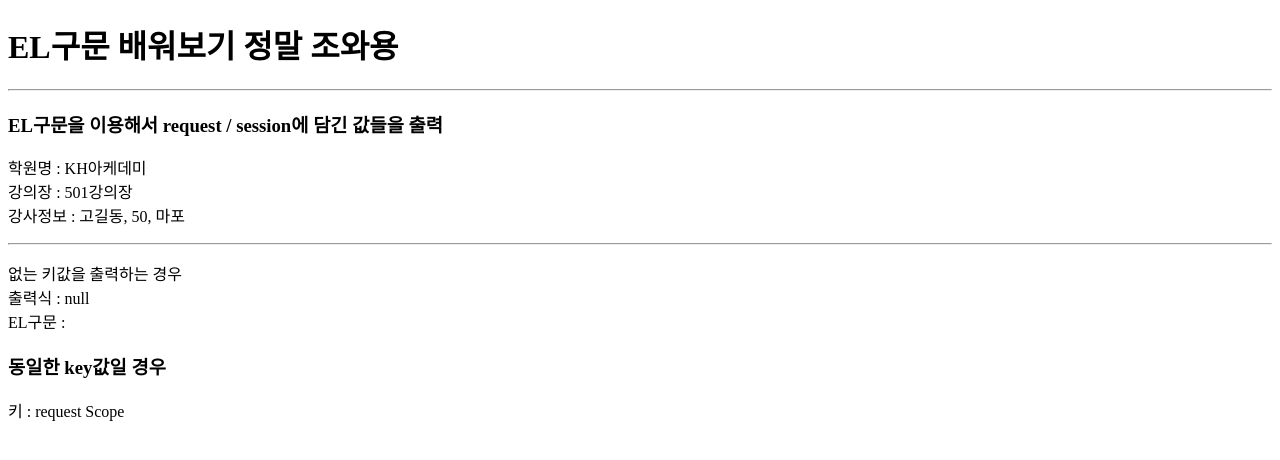
Repository: ghksl0204-shapa/dynamic-web
Page: http://localhost/ActionProject/el.do
These files come from the project's save history. The page is drawn as it stood at one moment and after the next save; the edit follows.
The browser window is 1280 px wide. The pictures show the whole page.
The page is served by Tomcat 9. Other server files are loaded and not shown.

Above is the page before, as saved 2026-05-06 06:10:35.

### ActionProject/src/main/webapp/WEB-INF/views/01_el.jsp
<%@ page language="java" contentType="text/html; charset=UTF-8"
    pageEncoding="UTF-8"%>
<%@ page import="com.kh.el.model.dto.Person" %>
<!DOCTYPE html>
<html>
<head>
<meta charset="UTF-8">
<title>UltraSuperPower JSP</title>
</head>
<body>

	<h1>EL구문 배워보기 정말 조와용</h1>

	<%--
	<!--

	<%
		String classRoom = (String)request.getAttribute("classRoom");
		Person student = (Person)request.getAttribute("student");

		String academy = (String)session.getAttribute("academy");
		Person lecture = (Person)session.getAttribute("lecture");
	%>

	<p>
		학원명 : <%= academy %> <br>
		강의장 : <%= classRoom %> <br>
		강사정보 : <%= lecture.getName() %>, <%= lecture.getAge() %>, <%= lecture.getAddress() %> <br><br>

		수강생 정보
		<ul>
			<li>이름 : <%= student.getName() %></li>
			<li>나이 : <%= student.getAge() %></li>
			<li>주소 : <%= student.getAddress() %></li>
		</ul>
	</p>
	-->
	--%>

	<hr>

	<h3>EL구문을 이용해서 request / session에 담긴 값들을 출력</h3>

	<p>
		학원명 : ${ academy } <br>
		강의장 : ${ classRoom } <br>
		강사정보 : ${ lecture.name }, ${ lecture.age }, ${ lecture.address } <br>

		<!--
			실제로 필드에 직접 접근 하는것은 불가능
			.name => getName()
			내부적으로 getter메소드를 찾아서 호출해서 값을 출력하는 구조
		 -->
	</p>

	<hr>

	<p>
		없는 키값을 출력하는 경우 <br>

		출력식 : <%= request.getAttribute("clasRoom") %> <br>
		EL구문 : ${ clasRoom } <br>
	</p>

	<h3>동일한 key값일 경우</h3>

	키 : ${ key }


























</body>
</html>

### ActionProject/src/main/java/com/kh/el/controller/ElServlet.java
package com.kh.el.controller;

import java.io.IOException;

import javax.servlet.ServletException;
import javax.servlet.annotation.WebServlet;
import javax.servlet.http.HttpServlet;
import javax.servlet.http.HttpServletRequest;
import javax.servlet.http.HttpServletResponse;
import javax.servlet.http.HttpSession;

import com.kh.el.model.dto.Person;

@WebServlet("/el.do")
public class ElServlet extends HttpServlet {
	private static final long serialVersionUID = 1L;

    public ElServlet() {
        super();
    }

	protected void doGet(HttpServletRequest request, HttpServletResponse response) throws ServletException, IOException {
		// 만약 서블릿에서 응답할 데이터가 존재 한다면!!!
		// JSP로 포워딩을 할 때 request.setAttribute("name값", "value값") -> forward ~~
		// request -> Servlet 내장객체 / Scope 객체

		// application / session / request / page

		/*
		 * 1. application scope : ServletContext
		 * 한 애플리케이션 당, 딱 한개 존재하는 객체
		 * 이 영역에 데이터를 담으면 애플리케이션 전역에서 사용 가능
		 *
		 *
		 * 2. session scope : HttpSession
		 * 하나의 브라우저 당, 한 개 존재하는 객체
		 * 이 영역에 데이터를 담으면 JSP / Servlet 단에서 사용 가능
		 * 값이 한 번 담기면 서버를 멈추건, 세션을 비우거나, 브라우저가 닫히기 전까지는 계속 사용 가능
		 *
		 * 3. request scope : HttpServletRequest
		 * 요청 및 응답 시 매법 생성되는 객체
		 * 이 영역에 데이터를 담으면 해당 request 를 포워딩 받는 응답 JSP 에서만 사용가능 (1회성)
		 *
		 * 4. page scope : PageContext
		 * JSP페이지에서만 사용가능
		 *
		 * => 위 객체들에 속성을 추가할 때는 .setAttribute("name값", 벨류);
		 * 							  .getAttribute("namer값");
		 * 							  .removeAttribute("name값");
		 */
		// DTO(VO) 한 개, List<DTO>, int, String

		request.setAttribute("classRoom", "501강의장");
		request.setAttribute("student", new Person("홍길동", 15, "한양"));

		// sessionScope
		HttpSession session = request.getSession();
		session.setAttribute("academy", "KH아케데미");
		session.setAttribute("lecture", new Person("고길동", 50, "마포"));

		request.setAttribute("key", "request Scope");
		session.setAttribute("key", "session Scope");

		// 응답 뷰 배정 -> 포워딩
		request.getRequestDispatcher("/WEB-INF/views/01_el.jsp").forward(request, response);


	}

	protected void doPost(HttpServletRequest request, HttpServletResponse response) throws ServletException, IOException {
		doGet(request, response);
	}




















}

### ActionProject/src/main/java/com/kh/el/model/dto/Person.java
package com.kh.el.model.dto;

public class Person {

	private String name;
	private int age;
	private String address;

	public Person() {
		super();
	}

	public Person(String name, int age, String address) {
		super();
		this.name = name;
		this.age = age;
		this.address = address;
	}

	public String getName() {
		return name;
	}

	public void setName(String name) {
		this.name = name;
	}

	public int getAge() {
		return age;
	}

	public void setAge(int age) {
		this.age = age;
	}

	public String getAddress() {
		return address;
	}

	public void setAddress(String address) {
		this.address = address;
	}

	@Override
	public String toString() {
		return "Person [name=" + name + ", age=" + age + ", address=" + address + "]";
	}

}

After the next save:
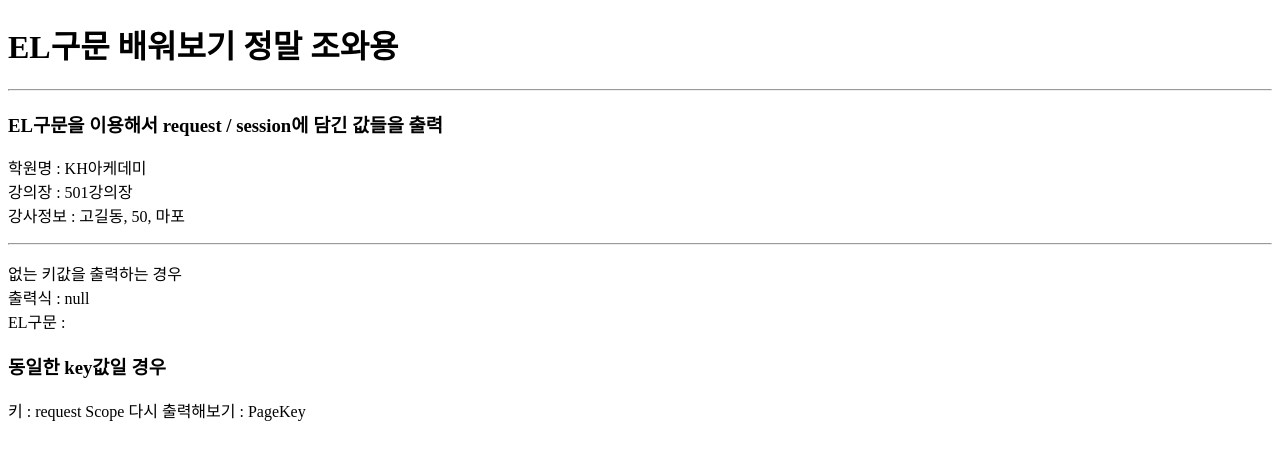
Saved 85 s later.
--- a/ActionProject/src/main/webapp/WEB-INF/views/01_el.jsp
+++ b/ActionProject/src/main/webapp/WEB-INF/views/01_el.jsp
@@ -66,8 +66,12 @@
 
 	키 : ${ key }
 
+	<%
+		// page Scope 에 추가
+		pageContext.setAttribute("key", "PageKey");
+	%>
 
-
+	다시 출력해보기 : ${ key } <br>
 
 
 
